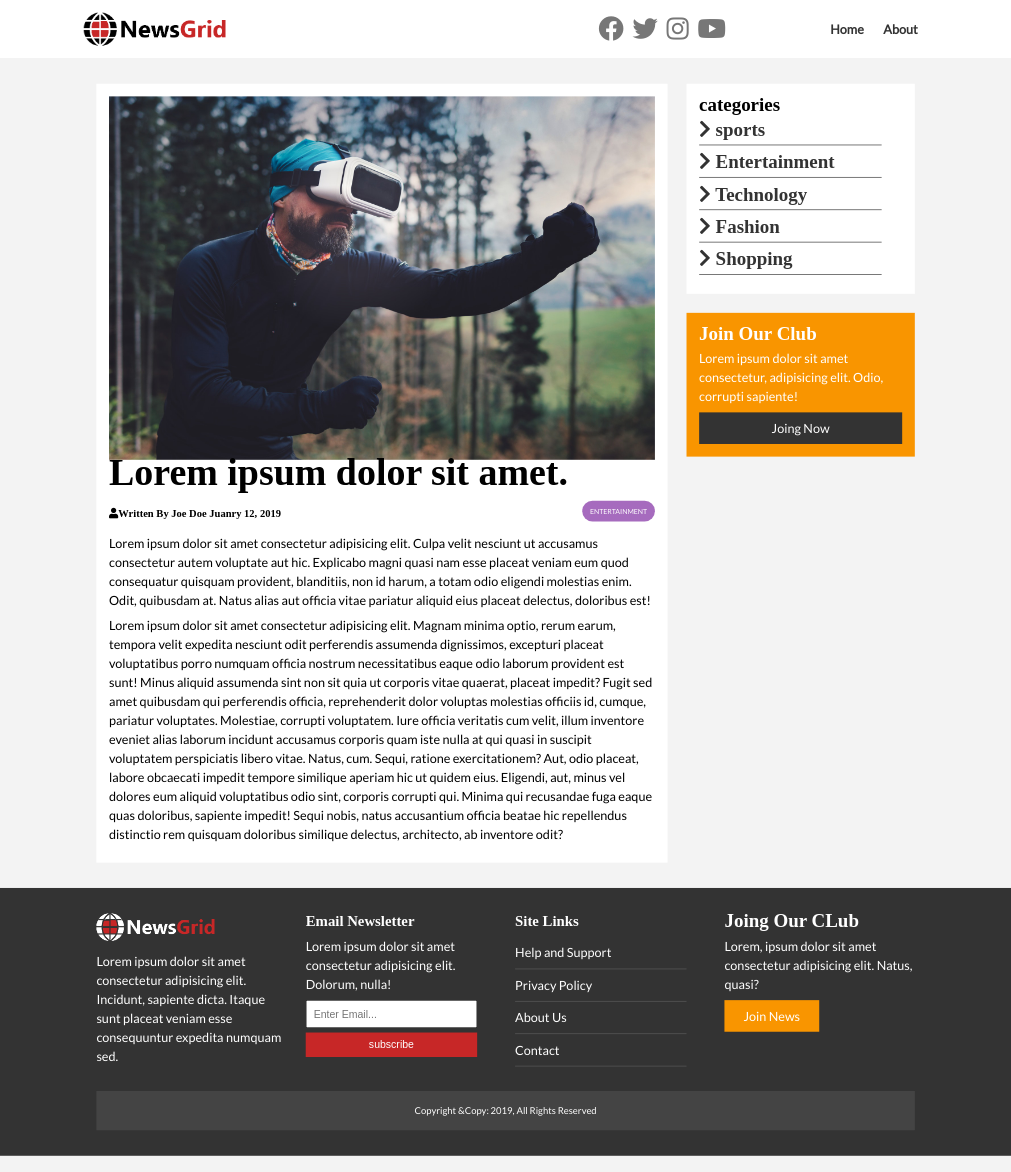
Repository: EswinGiova/NewsGrid
Page: article.html
These files come from the project's save history. The page is drawn as it stood at one moment and after the next save; the edit follows.
The browser window is 1280 px wide. The pictures show the whole page, at 79% of full size.
Some web libraries are served in a nearby version.

Above is the page before, as saved 2020-09-20 19:38:28.

After the next save:
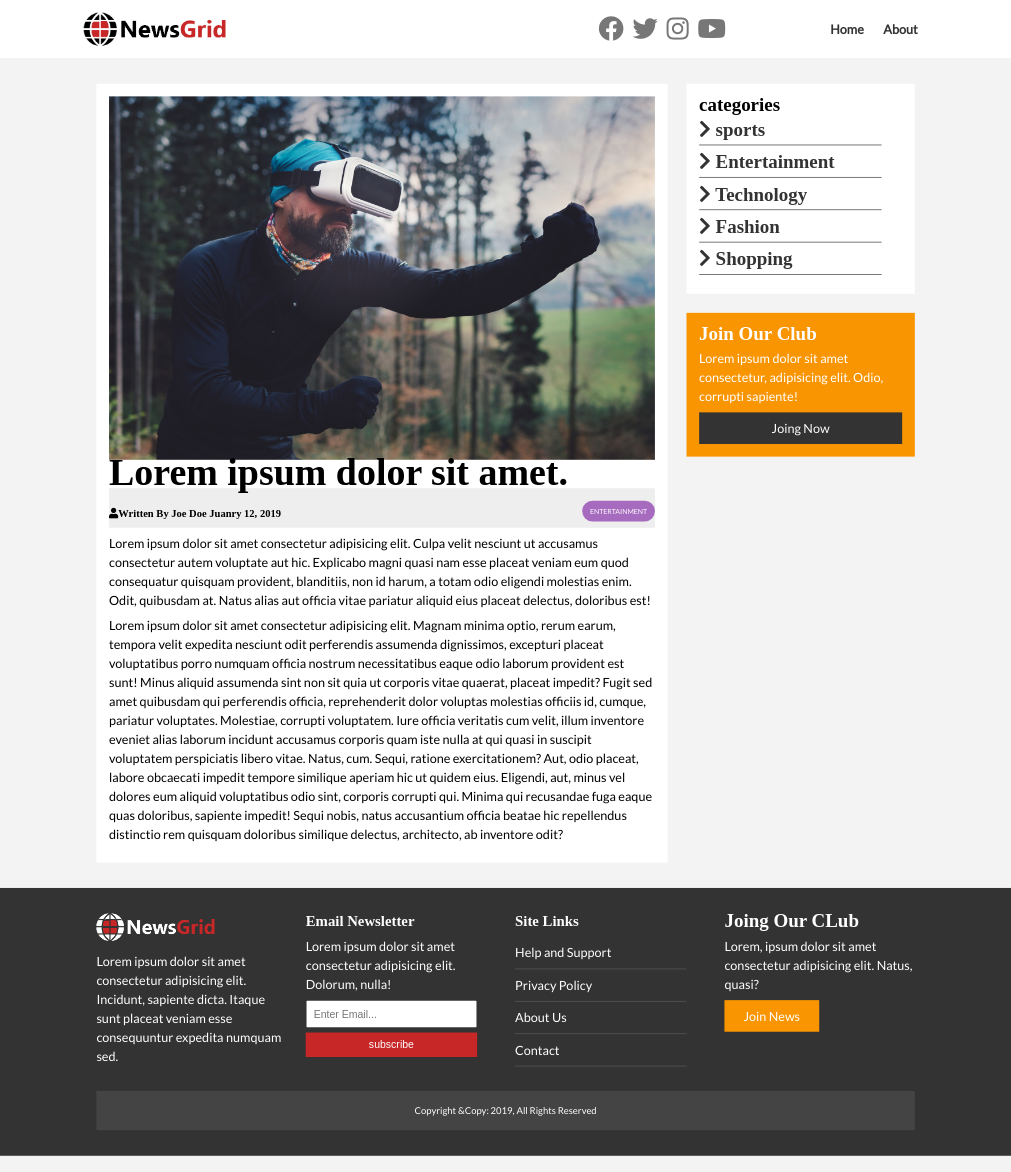
Saved 12 s later.
--- a/css/style.css
+++ b/css/style.css
@@ -289,6 +289,7 @@ h6 {
   justify-content: space-between;
   padding-top: 1rem;
   align-items: center;
+  background: #eee;
 }
 
 /* footer */
